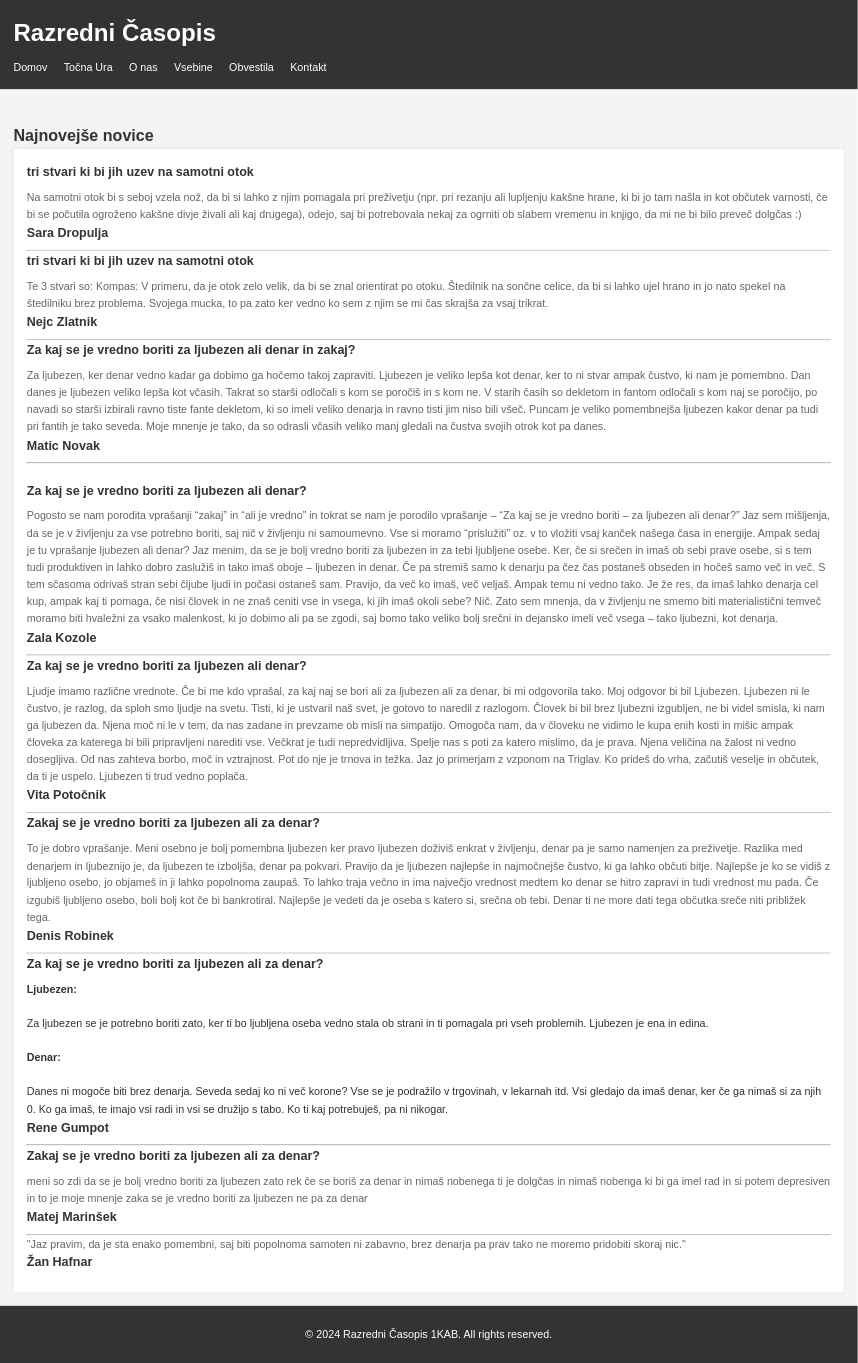
Repository: razrednicasopis/razrednicasopis.github.io
Page: Resources/index.html
These files come from the project's save history. The page is drawn as it stood at one moment and after the next save; the edit follows.
The browser window is 1280 px wide. The pictures show the whole page, at 67% of full size.

Above is the page before, as saved 2024-03-08 08:13:40.

After the next save:
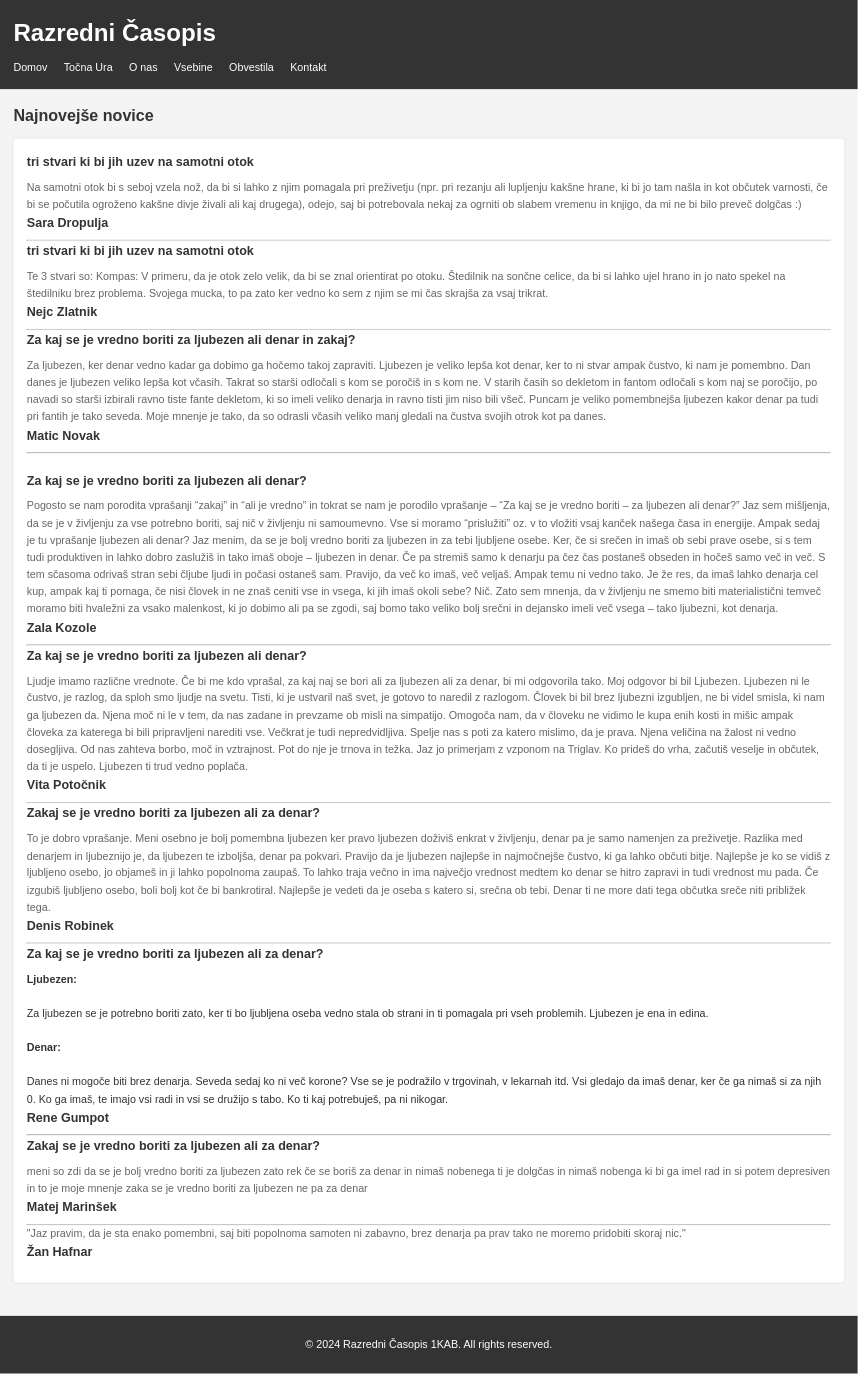
Saved 6 s later.
--- a/Resources/index.html
+++ b/Resources/index.html
@@ -25,7 +25,7 @@
 
 
 <main>
-  <section class="novice"></section>
+  <section class="novice">
     <h2>Najnovejše novice</h2>
     <article>
       <h3>tri stvari ki bi jih uzev na samotni otok</h3>
